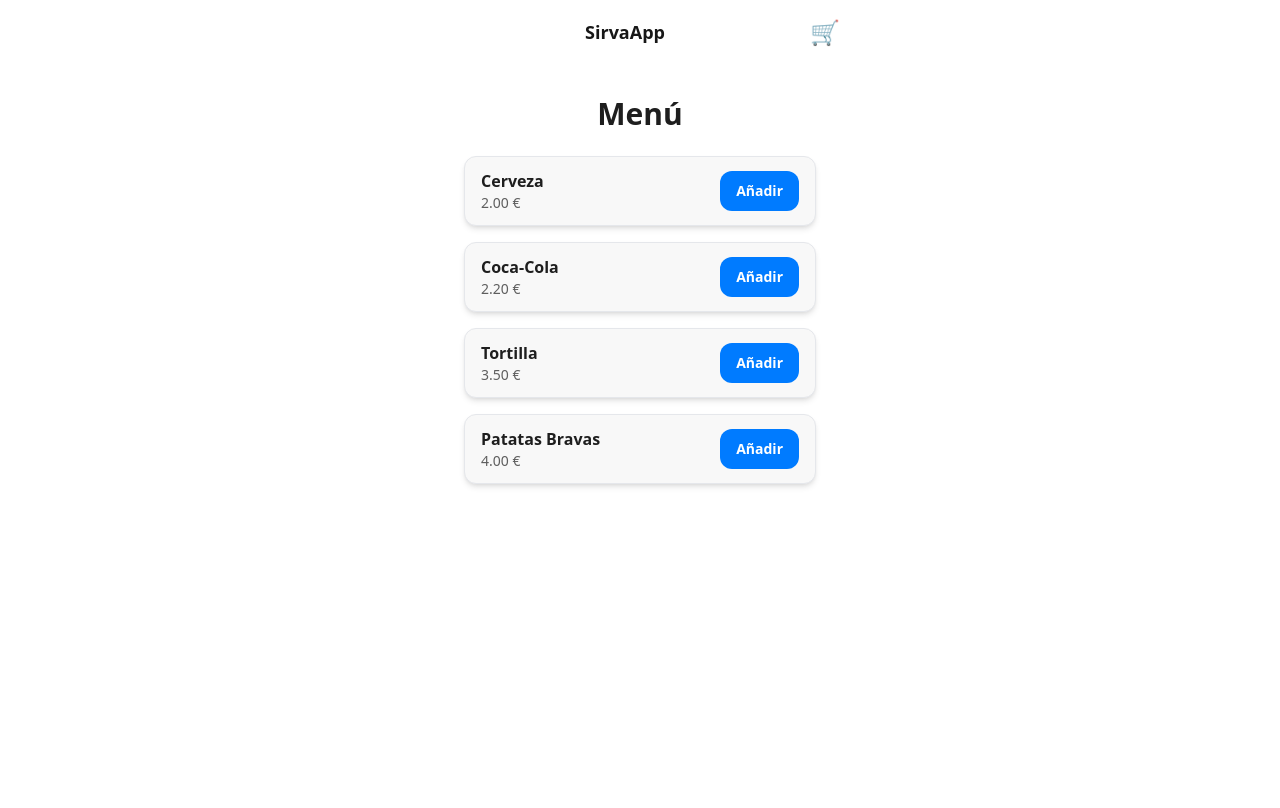
Repository: jrcardenas/sirvaapp
Page: /menu
The author's editor kept a copy of each file at every save. The page is drawn from the files as they stood at one save, then again after the next save.
The browser window is 1280 px wide. The pictures show the whole page.
The project was rebuilt for these pictures with package versions that can differ from the ones it lists, and the page was loaded fresh each time. The framework's server and built-in components were replaced by stand-ins that run in the browser. Also part of the build but not shown: next.config.ts, app/components/viewOrderButton.tsx.

Above is the page before, as saved 2025-11-02 11:47:55.

### app/layout.tsx
import type { Metadata } from "next";
import "./globals.css";
import "./styles/theme.css";
import { OrderProvider } from "@/context/OrderContext";
import LayoutWrapper from "@/components/layout/LayoutWrapper";

export const metadata: Metadata = {
  title: "SirvaApp",
  description: "Pide desde tu mesa. Sirve más rápido.",
};

export default function RootLayout({ children }: { children: React.ReactNode }) {
  return (
    <html lang="es">
      <body className="bg-[var(--color-background)] text-[var(--color-text-dark)]">
        <OrderProvider>
          <LayoutWrapper>
            {children}
          </LayoutWrapper>
        </OrderProvider>
      </body>
    </html>
  );
}

### app/menu/page.tsx
"use client";

import Button from "@/components/ui/Button";
import { useCartStore } from "@/store/cartStore";
import ViewOrderButton from "@/components/ViewOrderButton";

export default function MenuPage() {
  const { addItem, changeQty, items } = useCartStore();

  const productos = [
    { id: "1", nombre: "Cerveza", precio: 2.0 },
    { id: "2", nombre: "Coca-Cola", precio: 2.2 },
    { id: "3", nombre: "Tortilla", precio: 3.5 },
    { id: "4", nombre: "Patatas Bravas", precio: 4.0 },
  ];

  const getQty = (id: string) =>
    items.find((p) => p.id === id)?.qty ?? 0;

  return (
    <main className="min-h-screen bg-[var(--color-background)] p-6 pb-20">
      <h1 className="text-3xl font-bold text-center text-[var(--color-text-dark)] mb-6">
        Menú
      </h1>

      <div className="grid gap-4 max-w-md mx-auto">
        {productos.map((item) => {
          const qty = getQty(item.id);

          return (
            <div
              key={item.id}
              className="bg-[var(--color-surface)] shadow-md rounded-[var(--radius)] px-4 py-3 flex justify-between items-center border border-gray-200"
            >
              {/* Nombre + Precio */}
              <div className="flex flex-col">
                <span className="font-semibold text-[var(--color-text-dark)]">
                  {item.nombre}
                </span>
                <span className="text-[var(--color-text-dark)] opacity-70 text-sm">
                  {item.precio.toFixed(2)} €
                </span>
              </div>

              {/* Controles */}
              {qty === 0 ? (
                <Button
                  size="sm"
                  onClick={() =>
                    addItem({
                      id: item.id,
                      name: item.nombre,
                      price: item.precio,
                      qty: 1,
                    })
                  }
                >
                  Añadir
                </Button>
              ) : (
                <div className="flex items-center gap-2">
                  {/* Botón - */}
                  <button
                    className="w-8 h-8 bg-gray-200 rounded-full text-lg font-bold flex items-center justify-center"
                    onClick={() => changeQty(item.id, qty - 1)}
                  >
                    -
                  </button>

                  {/* Cantidad */}
                  <span className="font-semibold w-6 text-center text-lg">
                    {qty}
                  </span>

                  {/* Botón + */}
                  <button
                    className="w-8 h-8 bg-blue-600 text-white rounded-full text-lg font-bold flex items-center justify-center"
                    onClick={() => changeQty(item.id, qty + 1)}
                  >
                    +
                  </button>
                </div>
              )}
            </div>
          );
        })}
      </div>

      <ViewOrderButton />
    </main>
  );
}

### app/globals.css
@import "tailwindcss";

/* Colores base del navegador */
:root {
  --background: #ffffff;
  --foreground: #171717;
}

/* ✅ Variables sincronizadas con el tema */
@theme inline {
  --color-background: var(--background);
  --color-foreground: var(--foreground);
  --font-sans: var(--font-geist-sans);
  --font-mono: var(--font-geist-mono);
}

@media (prefers-color-scheme: dark) {
  :root {
    --background: #0a0a0a;
    --foreground: #ededed;
  }
}

/* ✅ Mantener reset y tipografía */
body {
  background: var(--color-background);
  color: var(--color-foreground);
}

### app/styles/theme.css
:root {
  /* Brand Colors */
  --color-primary: #007BFF;
  --color-secondary: #1E1E1E;
  --color-background: #FFFFFF;
  --color-surface: #F8F8F8;
  --color-border: #E2E2E2;

  /* Text */
  --color-text-dark: #1E1E1E;
  --color-text-light: #FFFFFF;

  /* Tokens */
  --radius: 12px;
  --button-height: 48px;
}

### app/context/OrderContext.tsx
"use client";
import { createContext, useContext, useState, ReactNode } from "react";

interface ProductoPedido {
  id: number;
  nombre: string;
  precio: number;
  cantidad: number;
  nota?: string;
}

interface OrderContextValue {
  pedido: ProductoPedido[];
  agregarProducto: (producto: ProductoPedido) => void;
  cambiarCantidad: (id: number, accion: "sumar" | "restar") => void;
  eliminarProducto: (id: number) => void;
  vaciarPedido: () => void;
  totalItems: number;
  totalPrice: number;
}

const OrderContext = createContext<OrderContextValue | undefined>(undefined);

export function OrderProvider({ children }: { children: ReactNode }) {
  const [pedido, setPedido] = useState<ProductoPedido[]>([]);

  const agregarProducto = (producto: ProductoPedido) => {
    setPedido((prev) => {
      const existe = prev.find((p) => p.id === producto.id);
      if (existe) {
        return prev.map((p) =>
          p.id === producto.id
            ? { ...p, cantidad: p.cantidad + producto.cantidad }
            : p
        );
      }
      return [...prev, producto];
    });
  };

  const cambiarCantidad = (id: number, accion: "sumar" | "restar") => {
    setPedido((prev) =>
      prev
        .map((p) => {
          if (p.id !== id) return p;
          if (accion === "sumar") return { ...p, cantidad: p.cantidad + 1 };
          if (p.cantidad === 1) return p;
          return { ...p, cantidad: p.cantidad - 1 };
        })
        .filter((p) => p.cantidad > 0)
    );
  };

  const eliminarProducto = (id: number) => {
    setPedido((prev) => prev.filter((p) => p.id !== id));
  };

  const vaciarPedido = () => setPedido([]);

  const totalItems = pedido.reduce((acc, p) => acc + p.cantidad, 0);
  const totalPrice = pedido.reduce((acc, p) => acc + p.precio * p.cantidad, 0);

  return (
    <OrderContext.Provider
      value={{
        pedido,
        agregarProducto,
        cambiarCantidad,
        eliminarProducto,
        vaciarPedido,
        totalItems,
        totalPrice,
      }}
    >
      {children}
    </OrderContext.Provider>
  );
}

export function useOrder() {
  const context = useContext(OrderContext);
  if (!context) throw new Error("useOrder debe usarse dentro de OrderProvider");
  return context;
}

### app/components/layout/LayoutWrapper.tsx
"use client";

import Header from "./Header";

export default function LayoutWrapper({ children }: { children: React.ReactNode }) {
  return (
    <div className="max-w-md mx-auto px-6 py-4 min-h-screen flex flex-col">
      <Header />
      {children}
    </div>
  );
}

### app/components/ui/Button.tsx
"use client";

import React from "react";
import Link from "next/link";

type Variant = "primary" | "secondary" | "outline" | "ghost";
type Size = "sm" | "md" | "lg";

type ButtonProps = {
  variant?: Variant;
  size?: Size;
  loading?: boolean;
  fullWidth?: boolean;
  as?: "button" | "link";
  href?: string;
  className?: string;
  children: React.ReactNode;
} & React.ButtonHTMLAttributes<HTMLButtonElement>;

function classes({ variant, size, fullWidth }: { variant: Variant; size: Size; fullWidth?: boolean }) {
  const base =
    "inline-flex items-center justify-center font-semibold transition focus:outline-none focus-visible:ring-2 focus-visible:ring-offset-2";
  const radius = "rounded-[var(--radius)]";
  const width = fullWidth ? "w-full" : "";
  const sizes: Record<Size, string> = {
    sm: "text-sm h-10 px-4",
    md: "text-base h-[var(--button-height)] px-5", // 48px por theme
    lg: "text-base h-14 px-6",
  };
  const variants: Record<Variant, string> = {
    primary:
      "bg-[var(--color-primary)] text-[var(--color-text-light)] hover:opacity-90 focus-visible:ring-[var(--color-primary)]",
    secondary:
      "bg-[var(--color-secondary)] text-[var(--color-text-light)] hover:opacity-90 focus-visible:ring-[var(--color-secondary)]",
    outline:
      "bg-transparent text-[var(--color-text-dark)] border border-[color:var(--color-secondary)]/20 hover:bg-[var(--color-surface)] focus-visible:ring-[var(--color-primary)]",
    ghost:
      "bg-transparent text-[var(--color-text-dark)] hover:bg-[var(--color-surface)] focus-visible:ring-[var(--color-primary)]",
  };

  return [base, radius, width, sizes[size], variants[variant]].join(" ");
}

export default function Button({
  variant = "primary",
  size = "md",
  loading = false,
  fullWidth,
  as = "button",
  href,
  className = "",
  children,
  disabled,
  ...rest
}: ButtonProps) {
  const cls =
    classes({ variant, size, fullWidth }) +
    " " +
    (disabled || loading ? "opacity-60 pointer-events-none" : "") +
    " " +
    className;

  const content = (
    <>
      {loading && (
        <svg
          className="mr-2 animate-spin"
          width="16"
          height="16"
          viewBox="0 0 24 24"
          aria-hidden="true"
        >
          <circle cx="12" cy="12" r="10" stroke="currentColor" strokeWidth="4" fill="none" opacity="0.25" />
          <path d="M22 12a10 10 0 0 1-10 10" fill="none" stroke="currentColor" strokeWidth="4" />
        </svg>
      )}
      {children}
    </>
  );

  if (as === "link" && href) {
    return (
      <Link
        href={href}
        className={cls}
        role="button"
        aria-busy={loading || undefined}
        aria-disabled={disabled || loading || undefined}
      >
        {content}
      </Link>
    );
  }

  return (
    <button
      className={cls}
      disabled={disabled || loading}
      aria-busy={loading || undefined}
      {...rest}
    >
      {content}
    </button>
  );
}

### app/store/cartStore.ts
import { create } from "zustand";

export interface CartItem {
  id: string;
  name: string;
  price: number;
  qty: number;
  note?: string;
}

interface CartState {
  items: CartItem[];
  addItem: (item: CartItem) => void;
  changeQty: (id: string, qty: number) => void;
  removeItem: (id: string, note?: string) => void;
  clearCart: () => void;
  totalItems: number;
  totalAmount: number;
}

export const useCartStore = create<CartState>((set, get) => ({
  items: [],

  addItem: (item) => {
    const exists = get().items.find(
      (i) => i.id === item.id && i.note === item.note
    );

    if (exists) {
      set({
        items: get().items.map((i) =>
          i.id === item.id && i.note === item.note
            ? { ...i, qty: i.qty + item.qty }
            : i
        ),
      });
    } else {
      set({ items: [...get().items, item] });
    }
  },

  changeQty: (id, qty) => {
    if (qty < 1) return; // ✅ regla elegida (A)
    set({
      items: get().items.map((i) =>
        i.id === id ? { ...i, qty } : i
      ),
    });
  },

  removeItem: (id, note) =>
    set({
      items: get().items.filter(
        (i) => !(i.id === id && i.note === note)
      ),
    }),

  clearCart: () => set({ items: [] }),

  get totalItems() {
    return get().items.reduce((acc, i) => acc + i.qty, 0);
  },

  get totalAmount() {
    return get().items.reduce((acc, i) => acc + i.qty * i.price, 0);
  },
}));

### app/components/layout/Header.tsx
"use client";

import Link from "next/link";
import { useOrder } from "@/context/OrderContext";

export default function Header() {
  const { pedido } = useOrder();
  const totalItems = pedido.reduce((acc, item) => acc + item.cantidad, 0);

  return (
    <header className="flex justify-between items-center mb-6">
      <div /> {/* placeholder para el espacio izquierdo */}

      <h1 className="text-lg font-bold">SirvaApp</h1>

      <Link href="/carrito" className="relative">
        <span className="text-2xl">🛒</span>

        {totalItems > 0 && (
          <span className="absolute -top-1 -right-2 bg-[var(--color-primary)] text-white rounded-full text-xs px-1">
            {totalItems}
          </span>
        )}
      </Link>
    </header>
  );
}

After the next save:
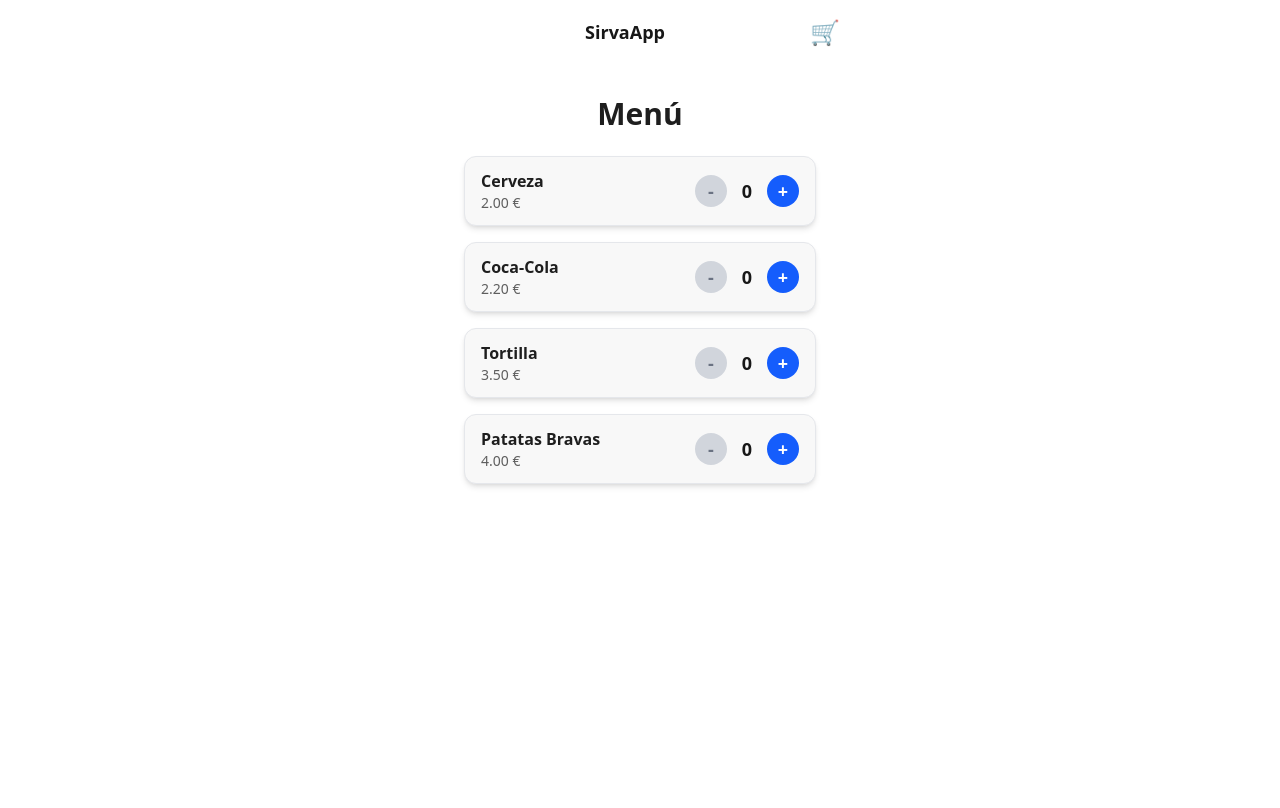
Saved 3 min 35 s later.
--- a/app/menu/page.tsx
+++ b/app/menu/page.tsx
@@ -14,8 +14,9 @@ export default function MenuPage() {
     { id: "4", nombre: "Patatas Bravas", precio: 4.0 },
   ];
 
+  // ✅ Ahora suma TODAS las unidades de ese producto (aunque tenga notas o múltiples entradas)
   const getQty = (id: string) =>
-    items.find((p) => p.id === id)?.qty ?? 0;
+    items.reduce((acc, p) => (p.id === id ? acc + p.qty : acc), 0);
 
   return (
     <main className="min-h-screen bg-[var(--color-background)] p-6 pb-20">
@@ -42,10 +43,26 @@ export default function MenuPage() {
                 </span>
               </div>
 
-              {/* Controles */}
-              {qty === 0 ? (
-                <Button
-                  size="sm"
+              {/* Controles siempre visibles */}
+              <div className="flex items-center gap-2">
+                {/* Botón - (deshabilitado si qty=0) */}
+                <button
+                  className={`w-8 h-8 rounded-full text-lg font-bold flex items-center justify-center
+                  ${qty === 0 ? "bg-gray-300 text-gray-500" : "bg-gray-200 text-black"}`}
+                  disabled={qty === 0}
+                  onClick={() => changeQty(item.id, qty - 1)}
+                >
+                  -
+                </button>
+
+                {/* Cantidad */}
+                <span className="font-semibold w-6 text-center text-lg">
+                  {qty}
+                </span>
+
+                {/* Botón + */}
+                <button
+                  className="w-8 h-8 bg-blue-600 text-white rounded-full text-lg font-bold flex items-center justify-center"
                   onClick={() =>
                     addItem({
                       id: item.id,
@@ -55,37 +72,15 @@ export default function MenuPage() {
                     })
                   }
                 >
-                  Añadir
-                </Button>
-              ) : (
-                <div className="flex items-center gap-2">
-                  {/* Botón - */}
-                  <button
-                    className="w-8 h-8 bg-gray-200 rounded-full text-lg font-bold flex items-center justify-center"
-                    onClick={() => changeQty(item.id, qty - 1)}
-                  >
-                    -
-                  </button>
-
-                  {/* Cantidad */}
-                  <span className="font-semibold w-6 text-center text-lg">
-                    {qty}
-                  </span>
-
-                  {/* Botón + */}
-                  <button
-                    className="w-8 h-8 bg-blue-600 text-white rounded-full text-lg font-bold flex items-center justify-center"
-                    onClick={() => changeQty(item.id, qty + 1)}
-                  >
-                    +
-                  </button>
-                </div>
-              )}
+                  +
+                </button>
+              </div>
             </div>
           );
         })}
       </div>
 
+      {/* ✅ Botón flotante Carrito */}
       <ViewOrderButton />
     </main>
   );
